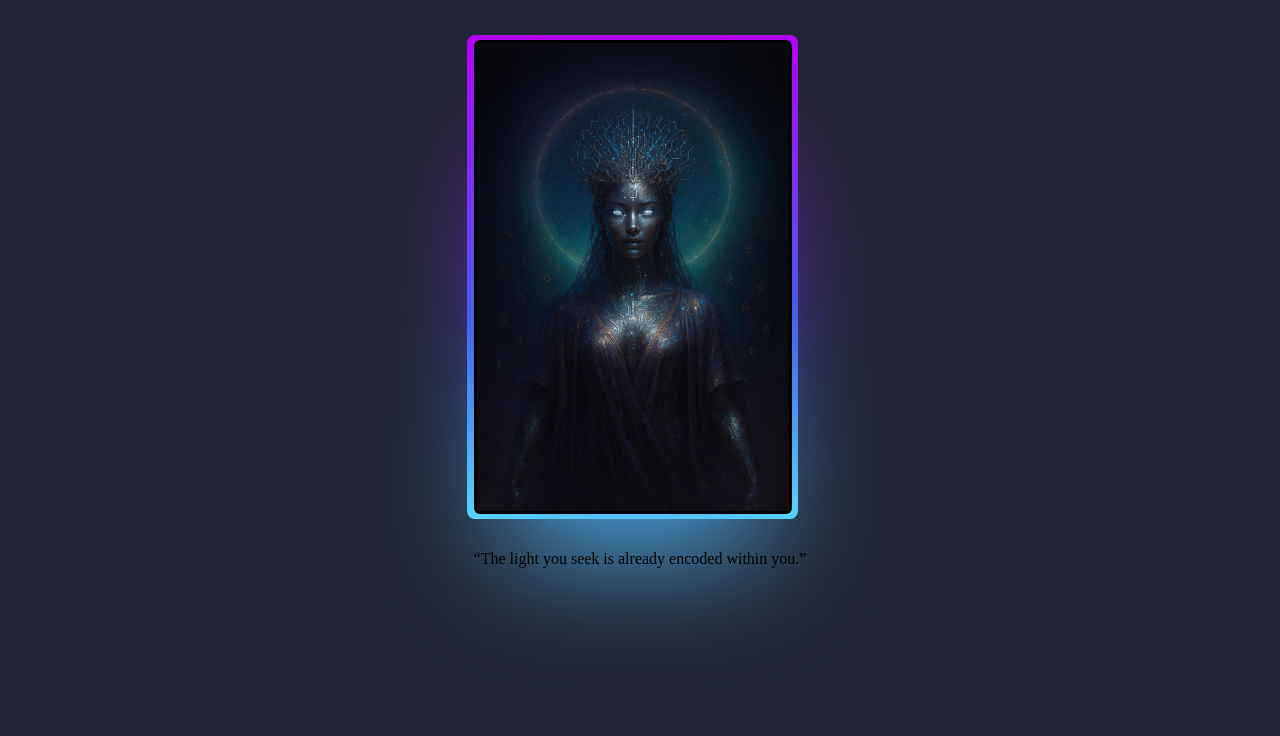
Repository: mertfurkandgn/artpainting
Page: card-1/index.html
An editor plug-in stored every save of this project. The page is shown before and after the next save, followed by the edit.
The browser window is 1280 px wide. The pictures show the whole page.

Above is the page before, as saved 2025-07-30 22:43:01.

After the next save:
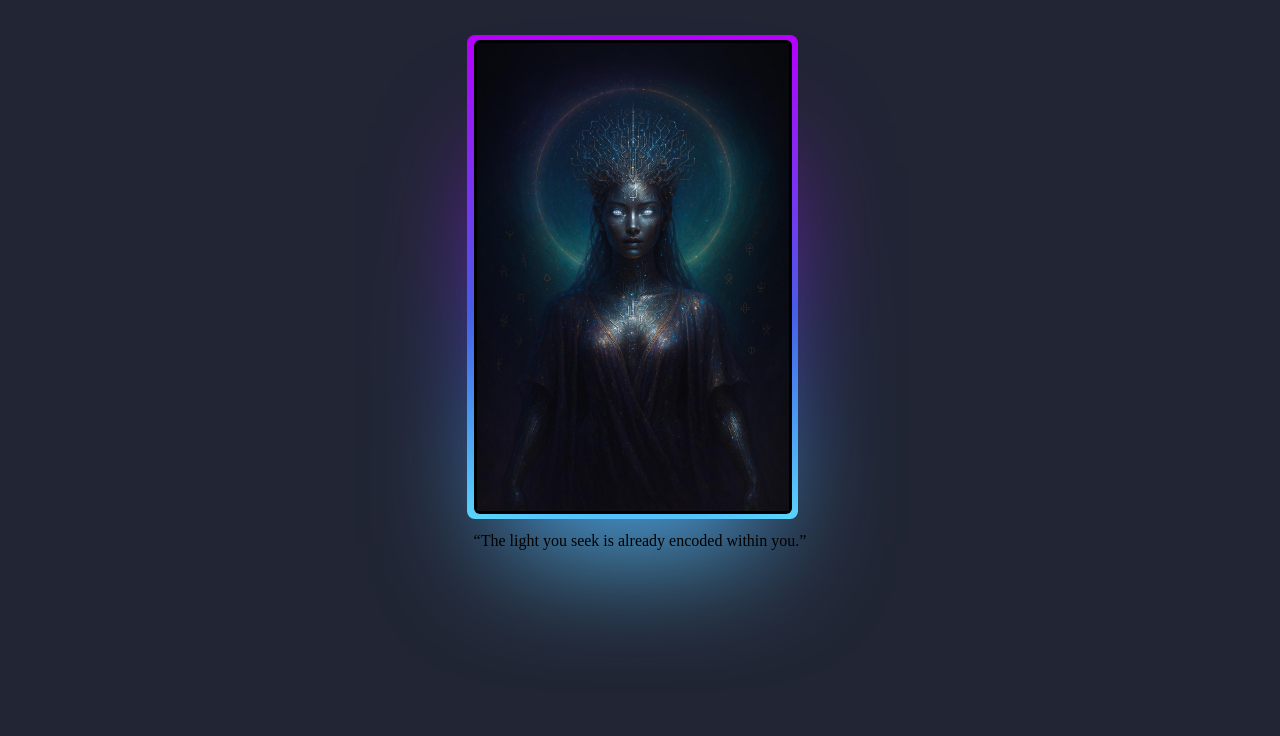
Saved 5 s later.
--- a/card-1/index.html
+++ b/card-1/index.html
@@ -14,7 +14,7 @@
           <div class="card">
   <img style="max-width: 100%; max-height: 100%; object-fit: cover;" src="./images/myart.jpg" alt="image">
 
-</div> <br> <br>
+</div> <br>
 <div class="quote">“The light you seek is already encoded within you.”</div>
           </div>
         </div>
